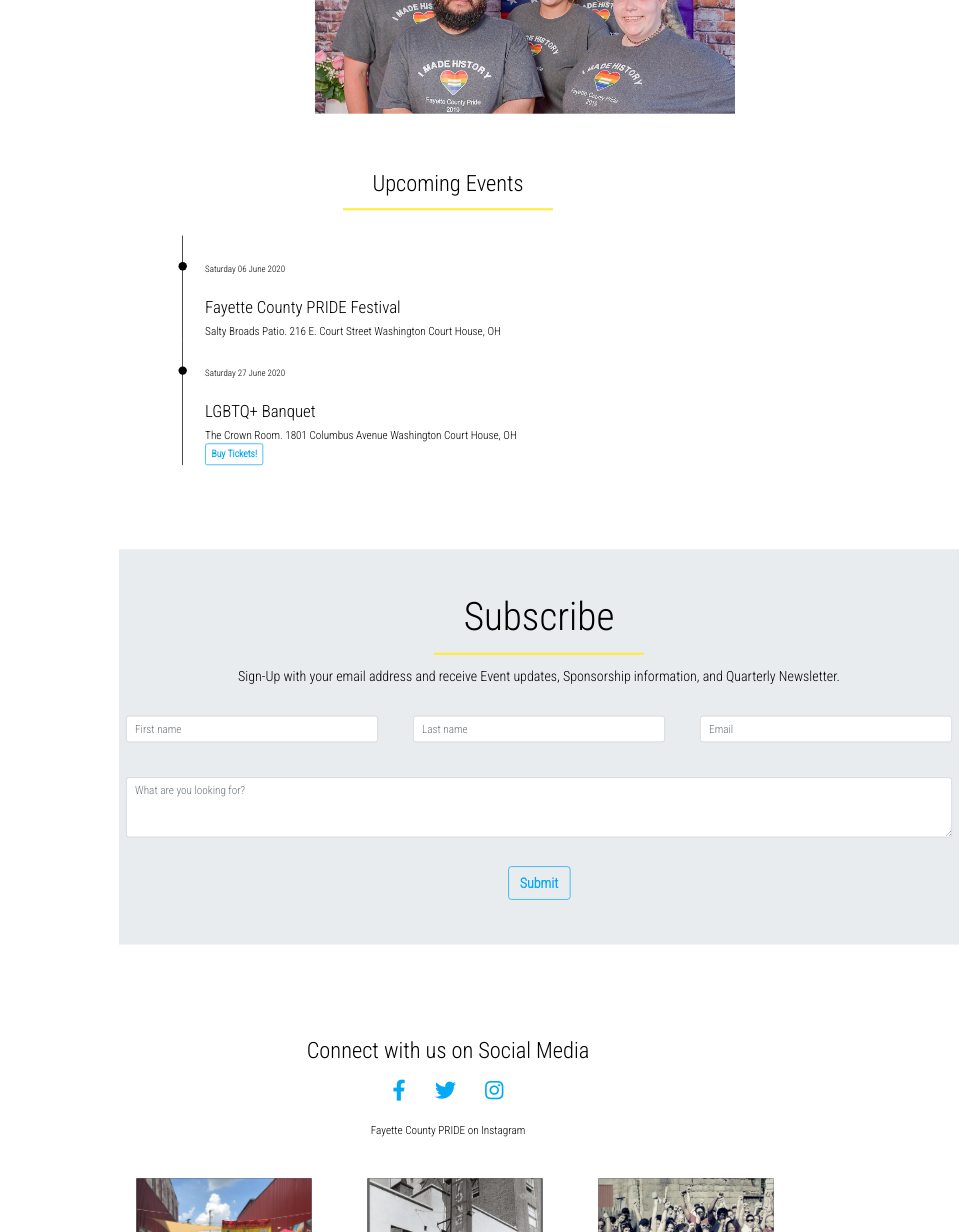
Repository: Code-Institute-Submissions/https-github.com-callendera-Milestone-Project-2
Page: index.html
The author's editor kept a record of every edit. The page is drawn from the files as they stood at one moment, then again after the next edit.
The browser window is 1280 px wide. The page is 1385 px wide, so the pictures cover 1385 px, including what lies to the right of the window. The pictures show the part of the page from y = 2788 to 4548 px (the page is 5200 px tall before and 5280 px after), at 70% of full size.
Backgrounds fixed to the window are drawn as part of the page. Some web libraries are served in a nearby version.

Above is the page before.

After the next edit:
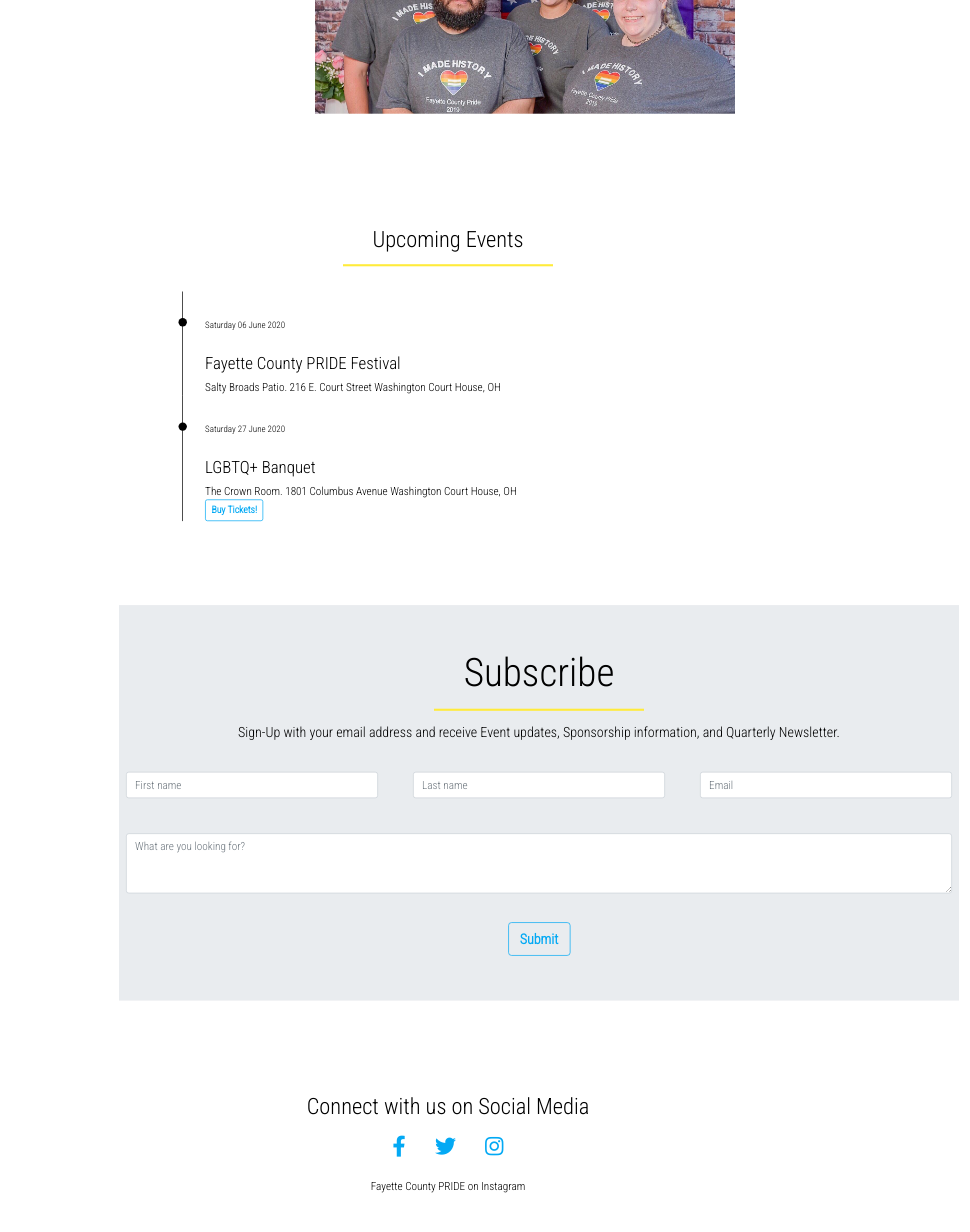
The edit:
--- a/assets/css/style.css
+++ b/assets/css/style.css
@@ -300,6 +300,10 @@
     color: #ffffff;
 }
 
+.event-container {
+    padding-top: 80px;
+}
+
 .history-div {
     width: 600px;
     margin-left: 450px;
